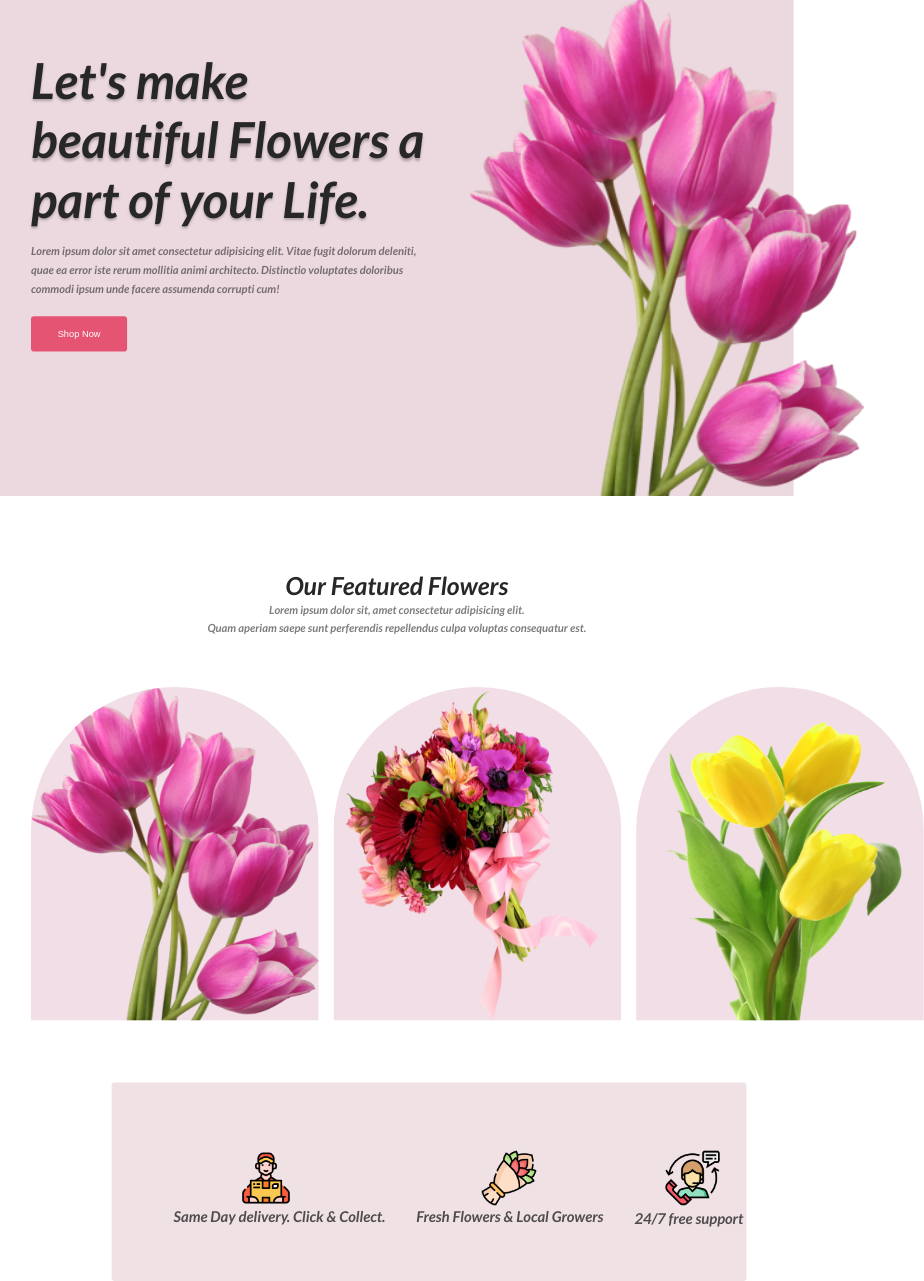
Repository: AnitaAkter/anita-flower-shop
Page: index.html
An editor plug-in stored every save of this project. The page is shown before and after the next save, followed by the edit.
The browser window is 1280 px wide. The page is 1490 px wide, then 1480 px, so the pictures cover 1490 px, including what lies to the right of the window. The pictures show the whole page, at 62% of full size.

Above is the page before, as saved 2023-09-05 22:06:39.

After the next save:
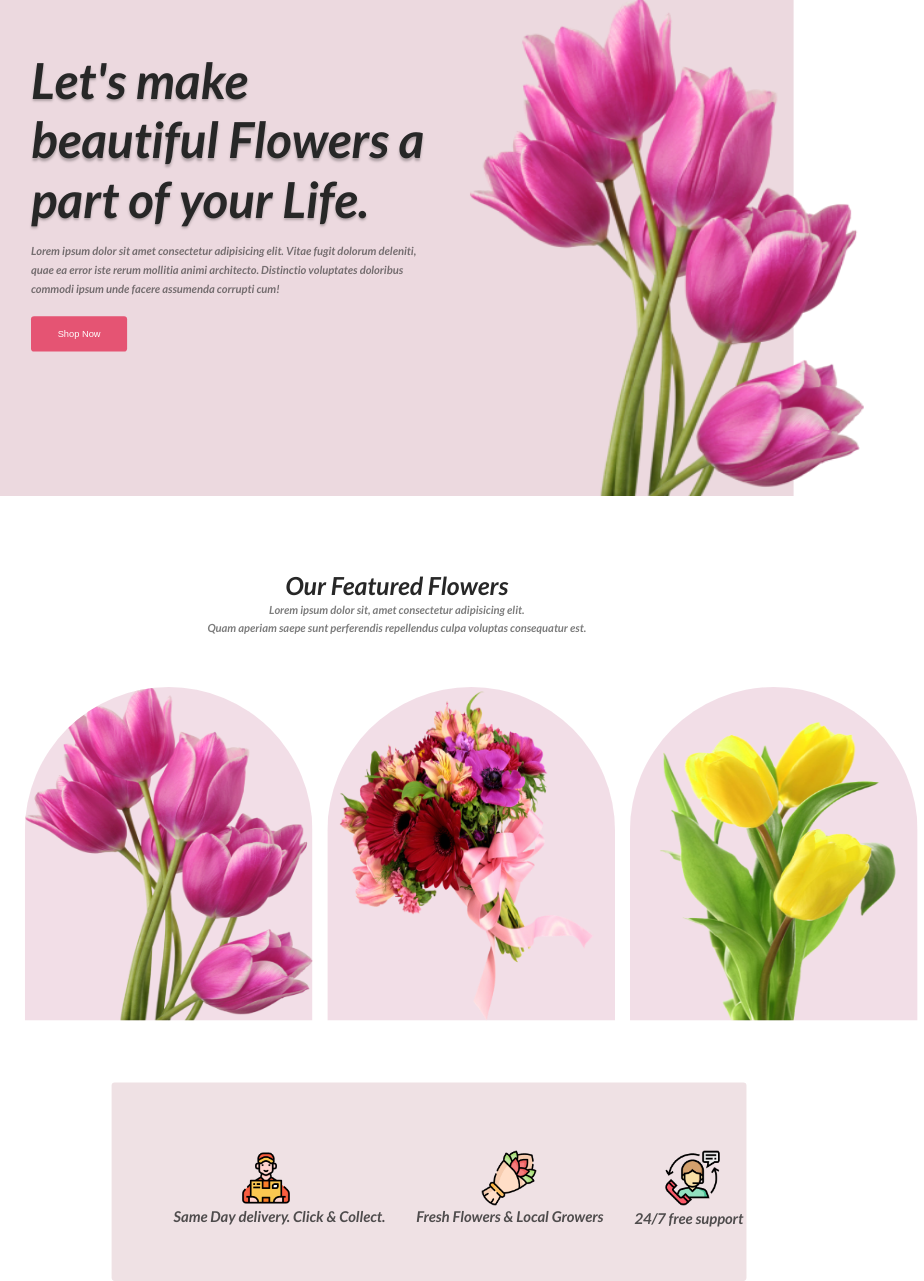
Saved 17 s later.
--- a/style.css
+++ b/style.css
@@ -119,7 +119,7 @@ header {
 .flowers-add {
     margin-top: 80px;
     align-items: center;
-    margin-left: 50px;
+    margin-left: 40px;
 
 
 }
